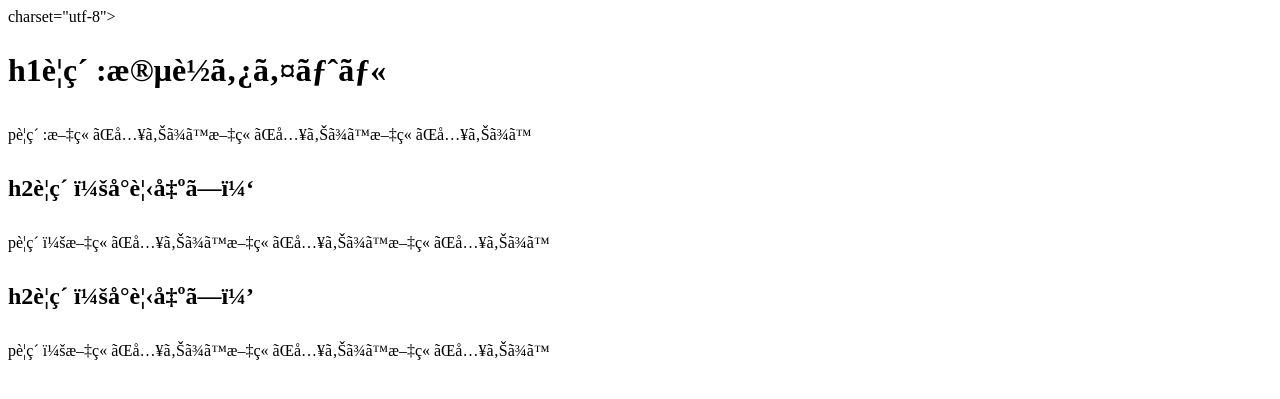
Repository: kenta0810/samurai_html-css
Page: index.html
The author's editor kept a record of every edit. The page is drawn from the files as they stood at one moment, then again after the next edit.
The browser window is 1280 px wide. The pictures show the whole page.

Above is the page before.

After the next edit:
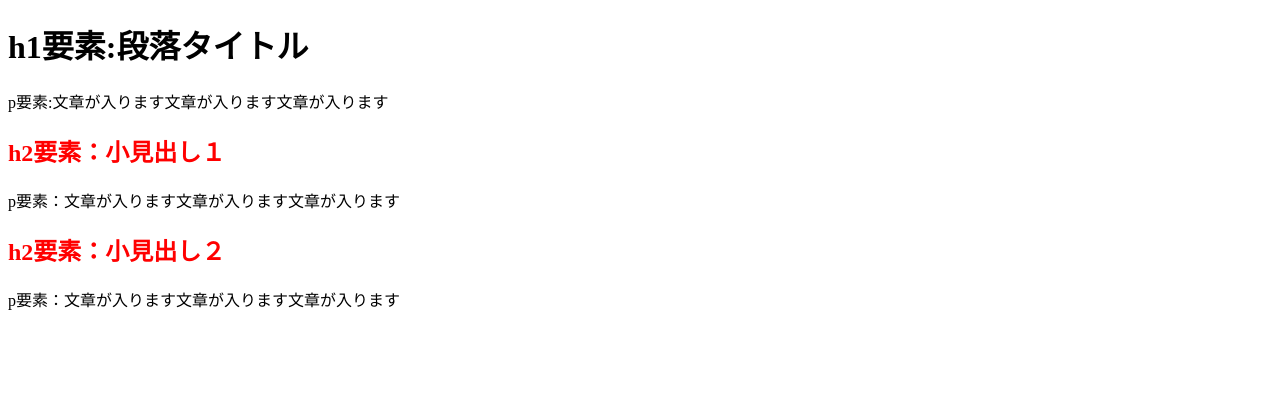
The edit:
--- a/index.html
+++ b/index.html
@@ -1,8 +1,13 @@
 <!DOCTYPE html>
 <html lang="ja">
   <head>
-    <meta> charset="utf-8">
+    <meta charset="UTF-8">
     <title>HTML/CSSの学習</title>
+    <style>
+      h2 {
+        color: red;
+      }
+    </style>
   </head>
   <body>
     <h1>h1要素:段落タイトル</h1>
